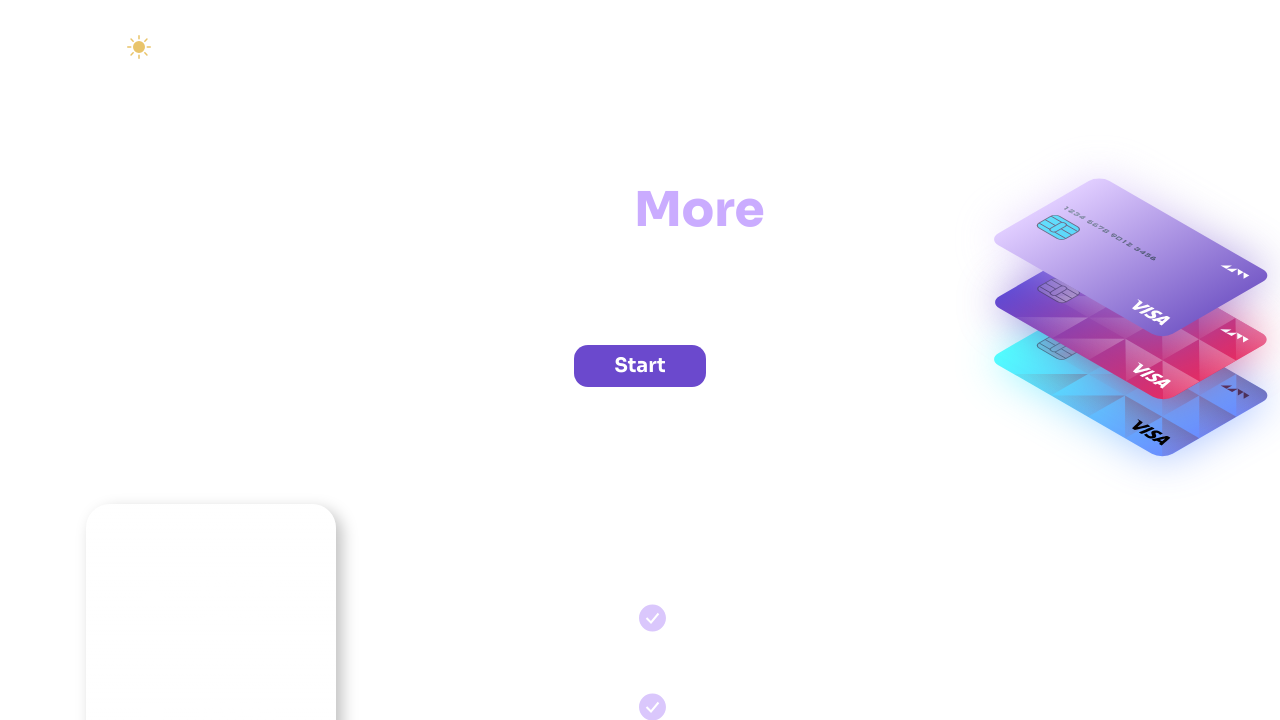
Repository: NBlue/react-tailwind
Page: /
The author's editor kept a copy of each file at every save. The page is drawn from the files as they stood at one save, then again after the next save.
The browser window is 1280 px wide. The pictures show the whole page.
An inner scrolling area shows only its first screen. The project was rebuilt for these pictures with package versions that can differ from the ones it lists, and the page was loaded fresh each time. Also part of the build but not shown: src/App.css.

Above is the page before, as saved 2022-03-29 15:16:58.

After the next save:
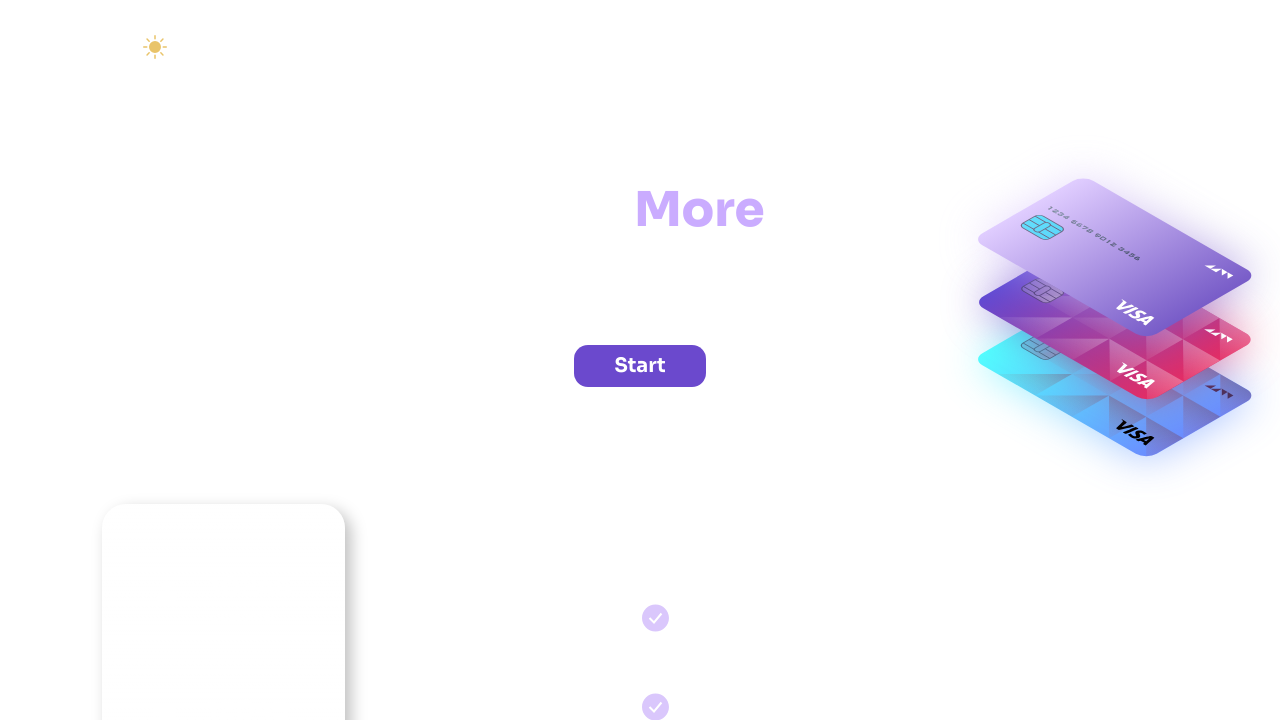
Saved 37 s later.
--- a/src/App.js
+++ b/src/App.js
@@ -35,7 +35,7 @@
     }, [windowSize]);
 
     return (
-        <div className="font-sora overflow-y-auto overflow-x-hidden h-screen px-4 py-8 text-white bg-gradient-to-b dark:from-purple-900 to-purple-700">
+        <div className="font-sora overflow-y-auto overflow-x-hidden h-screen px-4 py-8 text-white bg-gradient-to-b dark:from-purple-900 to-purple-700 md:px-8">
             <NavBar isMobile={isMobile} />
             <Slogan />
             <Content />
